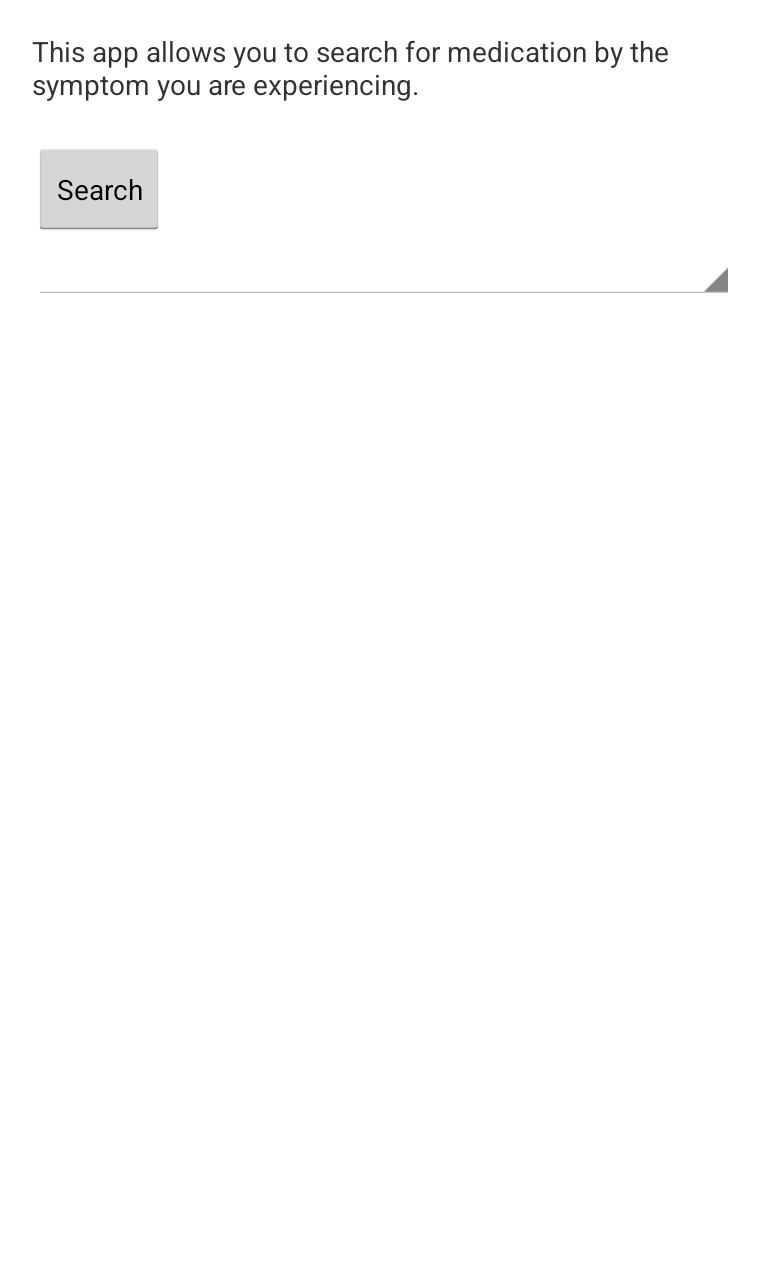
Repository: rosingrr/software-engineering
Layout: app/SympMeds/res/layout/activity_main.xml
An editor plug-in stored every save of this project. The layout is shown before and after the next save, followed by the edit.
It is drawn on a 768 x 1280 px phone screen (xhdpi) without system bars, with theme AppTheme; the app's code is not run.

Above is the layout before, as saved 2013-06-13 02:35:43.

After the next save:
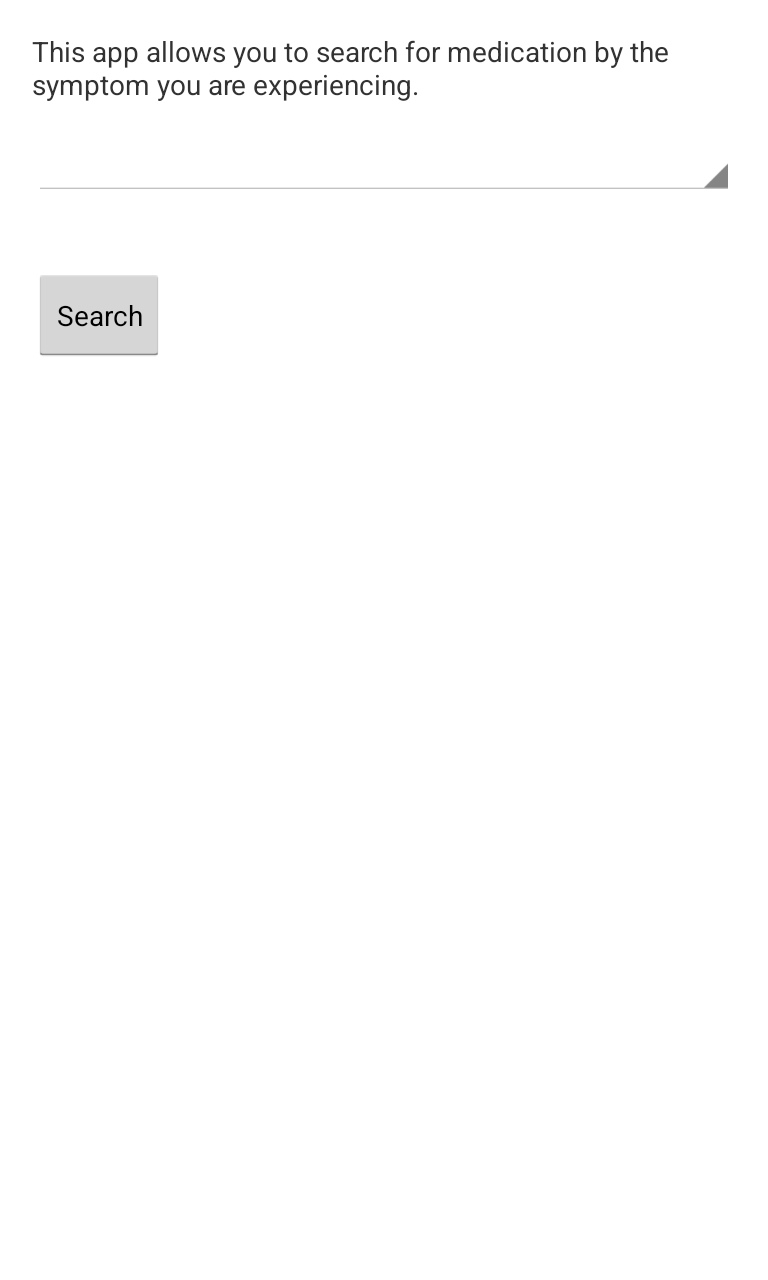
Saved 6 min 15 s later.
--- a/app/SympMeds/res/layout/activity_main.xml
+++ b/app/SympMeds/res/layout/activity_main.xml
@@ -19,8 +19,9 @@
         style="?android:attr/buttonStyleSmall"
         android:layout_width="wrap_content"
         android:layout_height="wrap_content"
+        android:layout_alignLeft="@+id/spinner1"
         android:layout_below="@+id/textView1"
-        android:layout_marginTop="19dp"
+        android:layout_marginTop="82dp"
         android:text="@string/search" />
 
     <Spinner
@@ -28,7 +29,8 @@
         android:layout_width="fill_parent"
         android:layout_height="wrap_content"
         android:layout_alignLeft="@+id/textView1"
-        android:layout_below="@+id/button1"
+        android:layout_below="@+id/textView1"
+        android:layout_marginTop="15dp"
         android:prompt="@string/symptom_selector" />
 
 </RelativeLayout>
